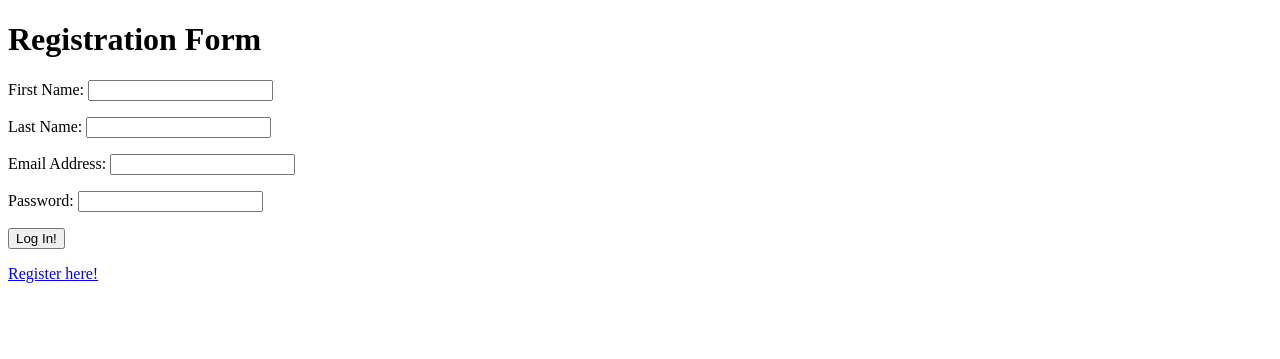
Repository: codieb1997/cosw30
Page: http://localhost/labwork/lab2/register.php
The author's editor kept a record of every edit. The page is drawn from the files as they stood at one moment, then again after the next edit.
The browser window is 1280 px wide. The pictures show the whole page.
The page is run by PHP 8.4 with error messages shown; the project is at /var/www/html/.

Above is the page before.

### labwork/lab2/register.php
<!doctype html>
<html>
    <head>
        <meta charset "utf-8">
        <title>Register</title>
    </head>
    <body>
        <h1>Registration Form</h1>
        <form action="process_register.php" method="POST">
            <p><label for="first_name">First Name:</label>
            <input type="text" name="first_name" id="first_name" required></p>

            <p><label for="last_name">Last Name:</label>
            <input type="text" name="last_name" id="last_name" required></p>

            <p><label for="email">Email Address:</label>
            <input type="email" name="email" id="email" required></p>

            <p><label for="password">Password:</label>
            <input type="password" name="password" id="password" required></p>

            <button>Log In!</button>

            <p><a href="register.php">Register here!</a></p>
        </form>
    </body>
</html>

After the next edit:
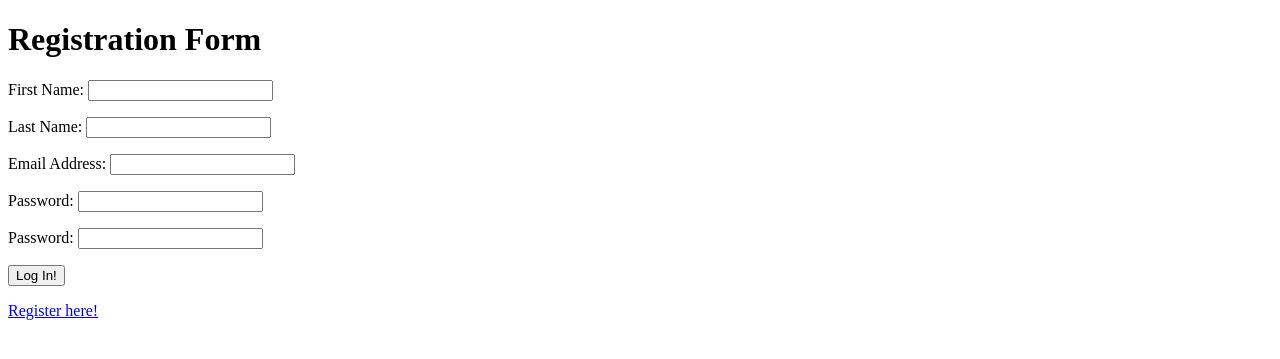
The edit:
--- a/labwork/lab2/register.php
+++ b/labwork/lab2/register.php
@@ -19,6 +19,9 @@
             <p><label for="password">Password:</label>
             <input type="password" name="password" id="password" required></p>
 
+            <p><label for="confirm_password">Password:</label>
+            <input type="password" name="confirm_password" id="confirm_password" required></p>
+
             <button>Log In!</button>
 
             <p><a href="register.php">Register here!</a></p>
